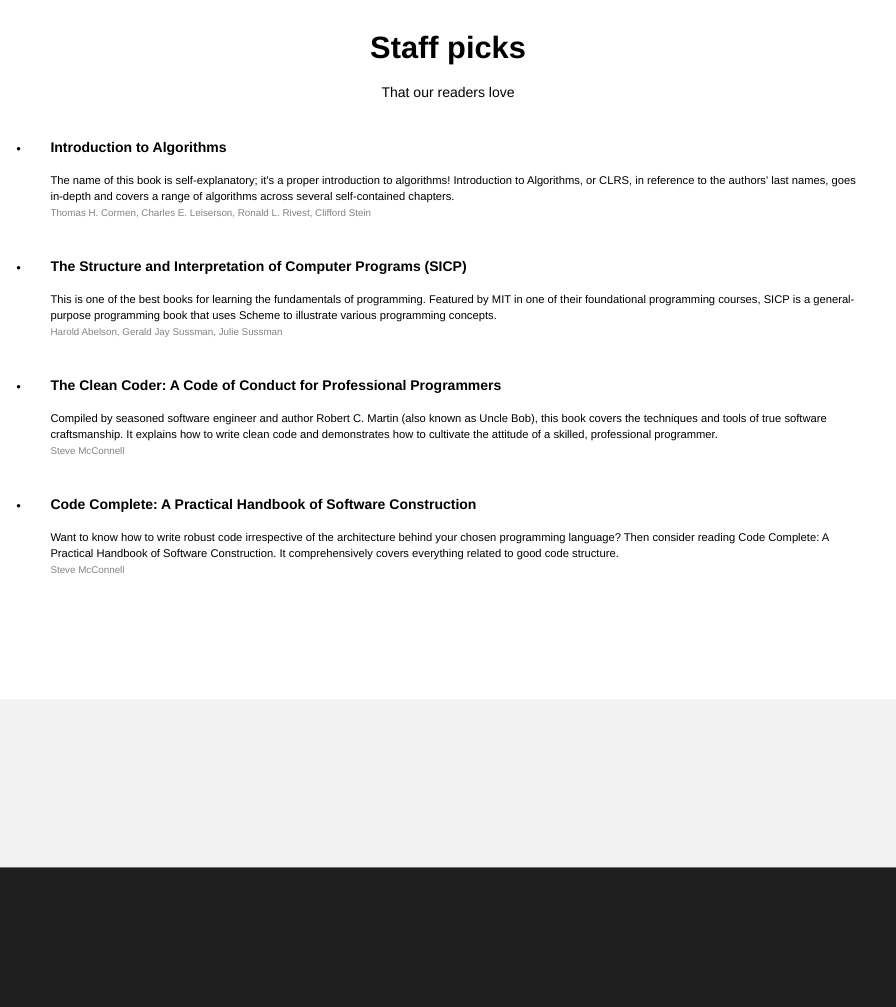
Repository: MWilliams-26/se_project_library
Page: index.html
The author's editor kept a copy of each file at every save. The page is drawn from the files as they stood at one save, then again after the next save.
The browser window is 1280 px wide. The pictures show the part of the page from y = 1603 to 3523 px (the page is 3042 px tall before and 4042 px after), at 70% of full size.

Above is the page before, as saved 2023-04-03 10:32:21.

After the next save:
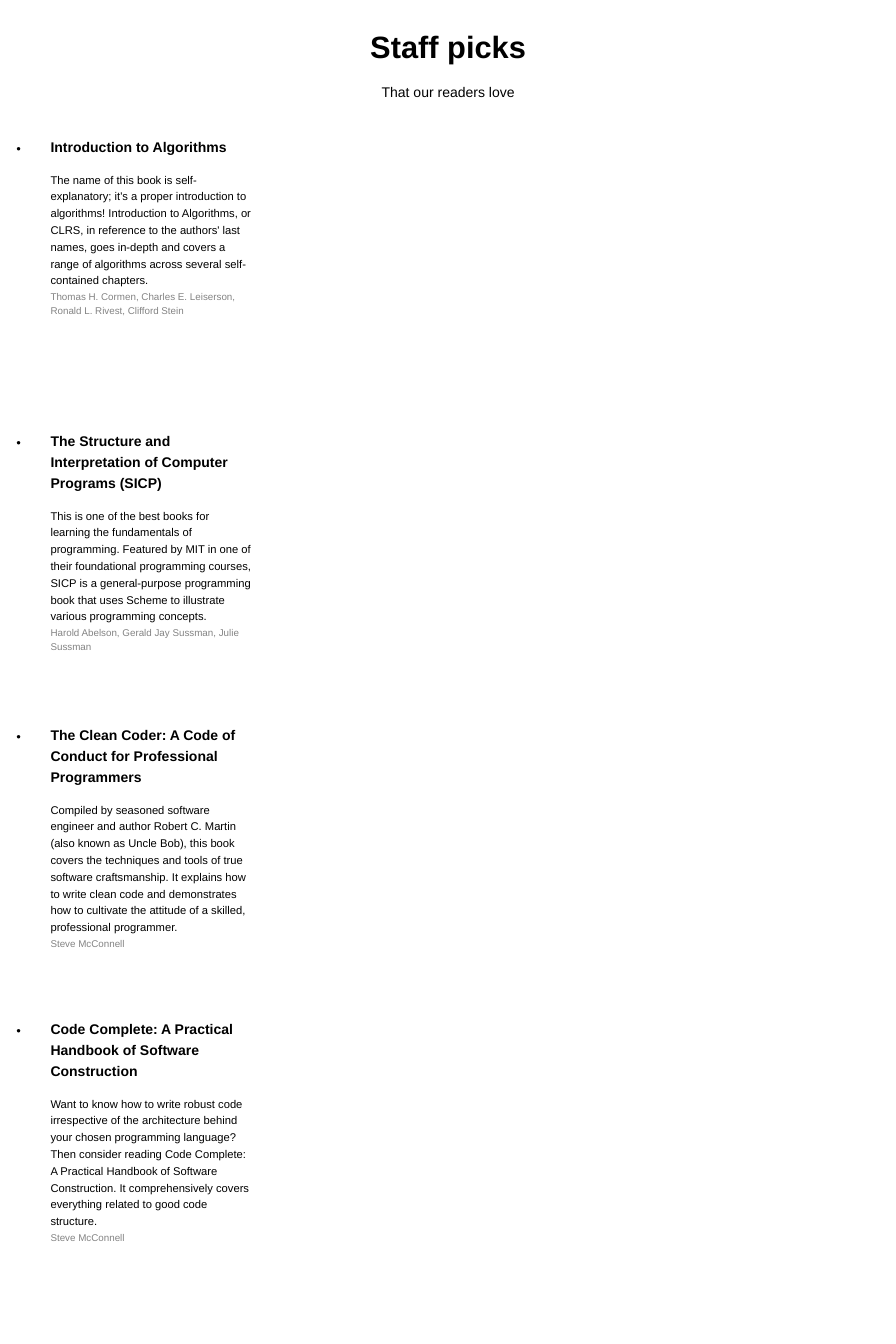
Saved 4 min 51 s later.
--- a/styles/style.css
+++ b/styles/style.css
@@ -252,7 +252,8 @@
   border-radius: 6px;
   padding: 32px 40px 20px 32px;
   box-sizing: border-box;
-  height: 420px 360px;
+  width: 360px;
+  height: 420px;
 }
 
 .card__content {
